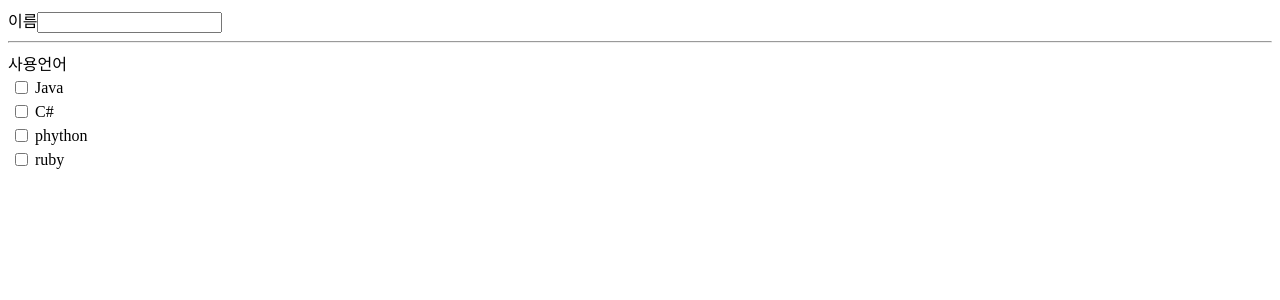
Repository: Gabintree/JDBC2019
Page: Jsp20190510_start/WebContent/20190528_Param.html
An editor plug-in stored every save of this project. The page is shown before and after the next save, followed by the edit.
The browser window is 1280 px wide. The pictures show the whole page.

Above is the page before, as saved 2019-05-28 02:25:14.

### Jsp20190510_start/WebContent/20190528_Param.html
<!DOCTYPE html>
<html>
<head>
<meta charset="UTF-8">
<title>EL에 요청 파라미터 데이터 전달하기</title>
</head>
<body>
	<form action ="20190528_Param.jsp" method ="post">
		이름<input type="text" name="name"><hr>
		사용언어
		<table>
			<tr>
				<td><input type ="checkbox" name ="language" value="java"></td>
				<td>Java</td>
			</tr>
			<tr>
				<td><input type ="checkbox" name ="language" value= "C#"></td>
				<td>C#</td>
			</tr>
			<tr>
				<td><input type="checkbox" name="language" value="phython"></td>
				<td>phython</td>
			</tr>
			<tr>
				<td><input type="checkbox" name="language" value="ruby"></td>
				<td>ruby</td>
			</tr>
		</table>
		</table>
	</form>


</body>
</html>

After the next save:
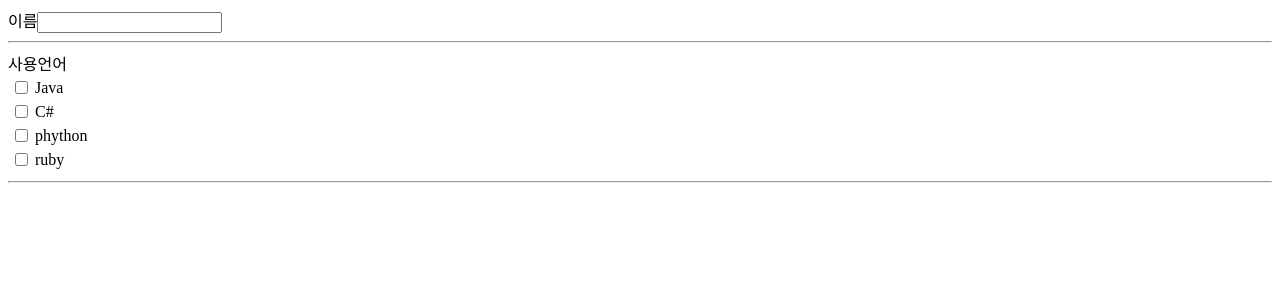
Saved 4 s later.
--- a/Jsp20190510_start/WebContent/20190528_Param.html
+++ b/Jsp20190510_start/WebContent/20190528_Param.html
@@ -25,7 +25,7 @@
 				<td><input type="checkbox" name="language" value="ruby"></td>
 				<td>ruby</td>
 			</tr>
-		</table>
+		</table><hr>
 		</table>
 	</form>
 
